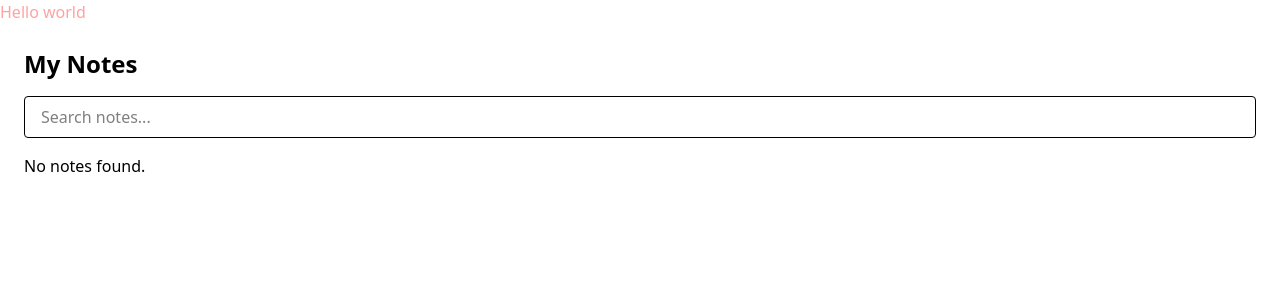
Repository: pin-seavmuy/NoteApplication
Page: / (app in note-vue/)
An editor plug-in stored every save of this project. The page is shown before and after the next save, followed by the edit.
The browser window is 1280 px wide. The pictures show the whole page.
The page's requests for data from a server got no answer. The project was rebuilt for these pictures with package versions that can differ from the ones it lists, and the page was loaded fresh each time. No one was signed in, and anything a server would have sent is missing. Also part of the build but not shown: note-vue/vite.config.ts.

Above is the page before, as saved 2025-09-16 06:27:40.

After the next save:
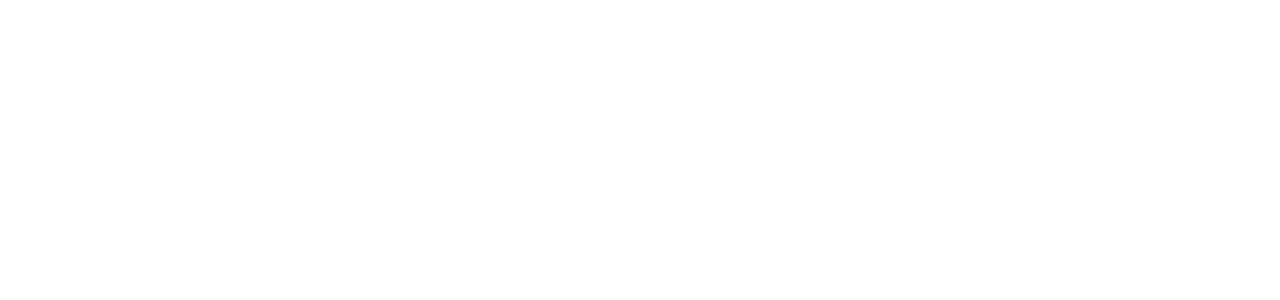
Console error: TypeError: Cannot read properties of undefined (reading 'length')
Saved 73 s later.
--- a/note-vue/src/components/NotesList.vue
+++ b/note-vue/src/components/NotesList.vue
@@ -26,7 +26,7 @@
   </div>
 </template>
 
-<script lang="ts" setup>
+<script lang="ts">
 import { ref, computed, onMounted } from 'vue'
 import api from '../api/axios'
 

After the save that followed:
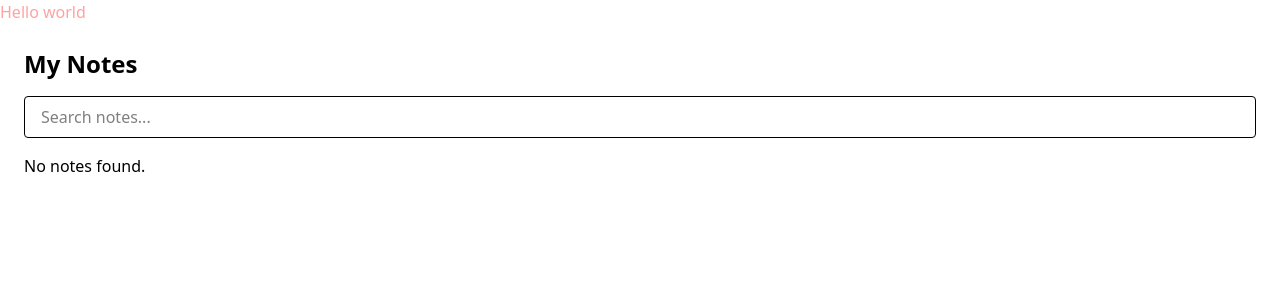
The error is gone.
Saved 4 s later.
--- a/note-vue/src/components/NotesList.vue
+++ b/note-vue/src/components/NotesList.vue
@@ -26,7 +26,7 @@
   </div>
 </template>
 
-<script lang="ts">
+<script setup lang="ts">
 import { ref, computed, onMounted } from 'vue'
 import api from '../api/axios'
 
